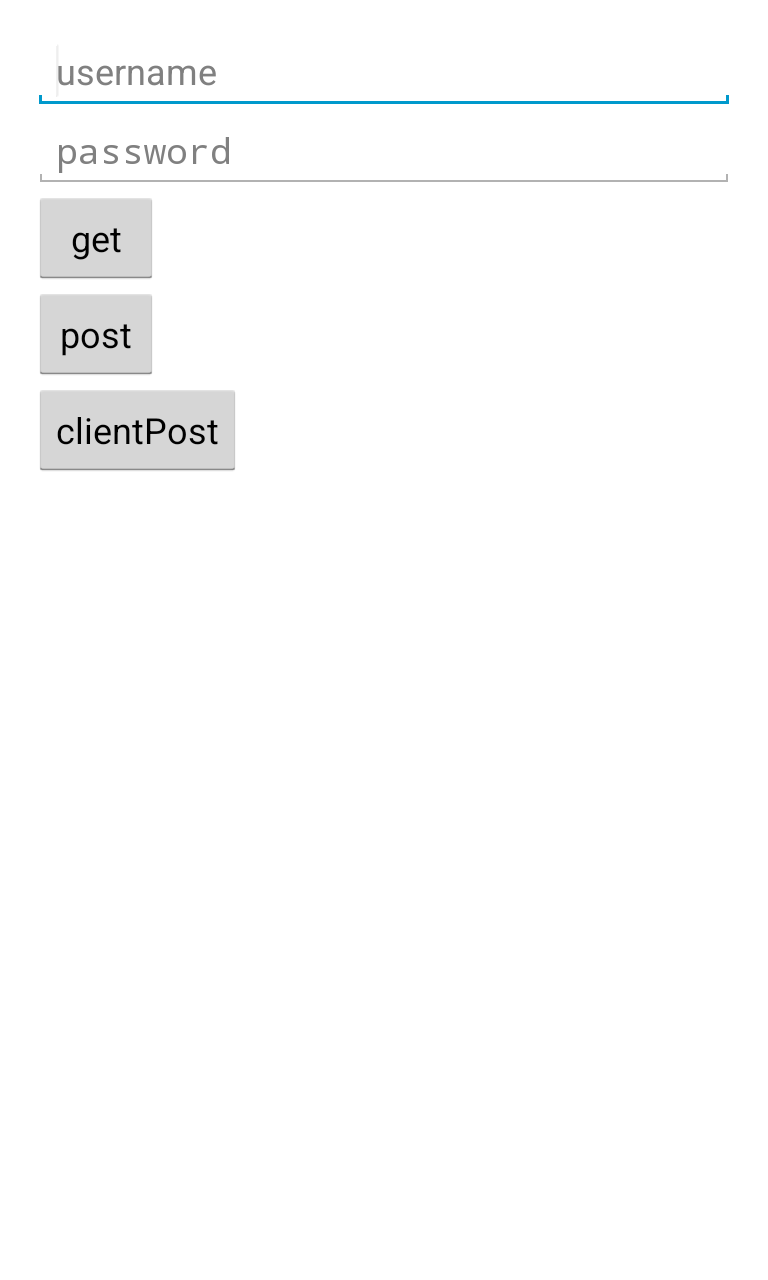
Repository: DongHuaLu/android
Layout: 18Get/res/layout/activity_main.xml
These files come from the project's save history. The layout is drawn as it stood at one moment and after the next save; the edit follows.
It is drawn on a 768 x 1280 px phone screen (xhdpi) without system bars, with theme AppTheme; the app's code is not run.

Above is the layout before, as saved 2013-08-26 08:41:47.

### 18Get/res/layout/activity_main.xml
<LinearLayout xmlns:android="http://schemas.android.com/apk/res/android"
    xmlns:tools="http://schemas.android.com/tools"
    android:layout_width="match_parent"
    android:layout_height="match_parent"
    android:orientation="vertical"
    android:paddingBottom="@dimen/activity_vertical_margin"
    android:paddingLeft="@dimen/activity_horizontal_margin"
    android:paddingRight="@dimen/activity_horizontal_margin"
    android:paddingTop="@dimen/activity_vertical_margin"
    tools:context=".MainActivity" >

    <EditText
        android:id="@+id/et1"
        android:layout_width="match_parent"
        android:layout_height="wrap_content"
        android:ems="10"
        android:hint="username" >

        <requestFocus />
    </EditText>

    <EditText
        android:id="@+id/et2"
        android:layout_width="match_parent"
        android:layout_height="wrap_content"
        android:ems="10"
        android:hint="password"
        android:inputType="textPassword" />

    <Button
        android:layout_width="wrap_content"
        android:layout_height="wrap_content"
        android:onClick="clickGet"
        android:text="get" />

    <Button
        android:layout_width="wrap_content"
        android:layout_height="wrap_content"
        android:onClick="clickPost"
        android:text="post" />

    <Button
        android:layout_width="wrap_content"
        android:layout_height="wrap_content"
        android:onClick="clientClickPost"
        android:text="clientPost" />

</LinearLayout>

Loaded but not shown: 18Get/res/values/styles.xml (common file); 18Get/res/values-v11/styles.xml (common file); 18Get/res/values-v14/styles.xml (common file); 18Get/res/values/dimens.xml (common file)

After the next save:
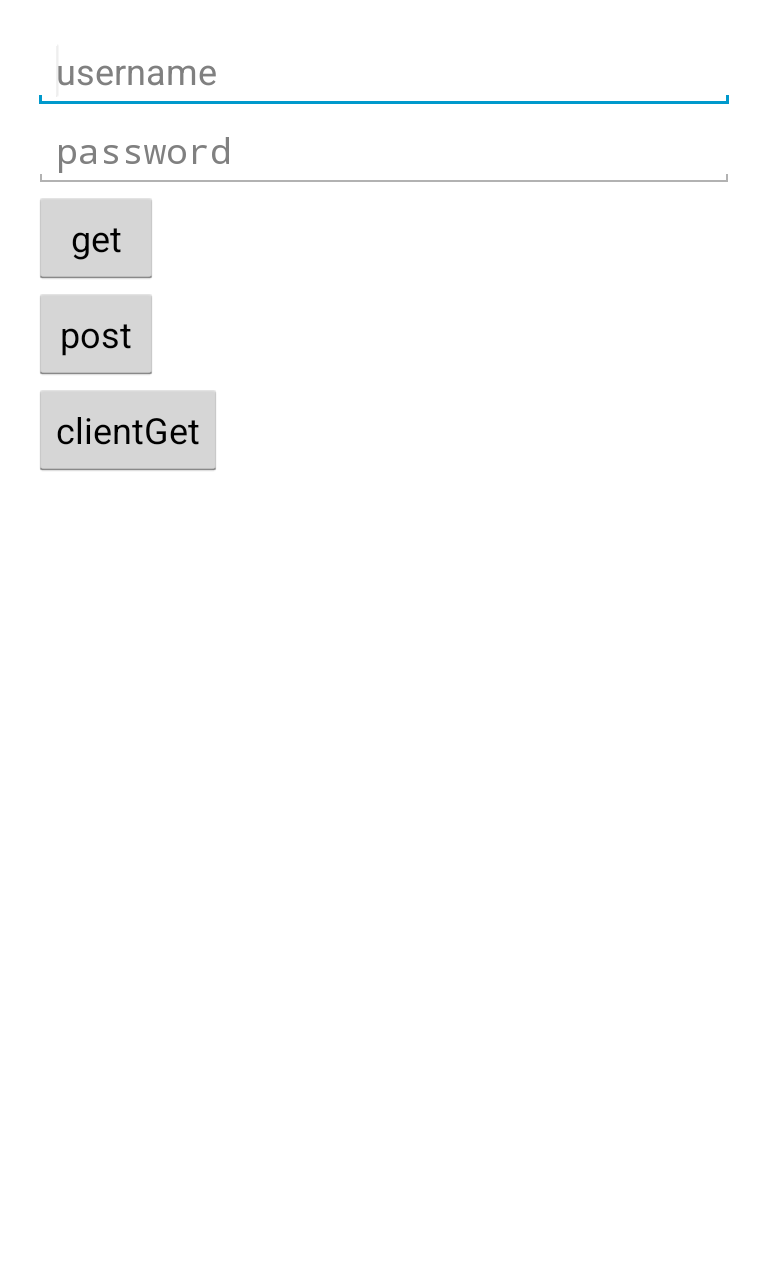
Saved 35 s later.
--- a/18Get/res/layout/activity_main.xml
+++ b/18Get/res/layout/activity_main.xml
@@ -42,7 +42,7 @@
     <Button
         android:layout_width="wrap_content"
         android:layout_height="wrap_content"
-        android:onClick="clientClickPost"
-        android:text="clientPost" />
+        android:onClick="clientClickGet"
+        android:text="clientGet" />
 
 </LinearLayout>
